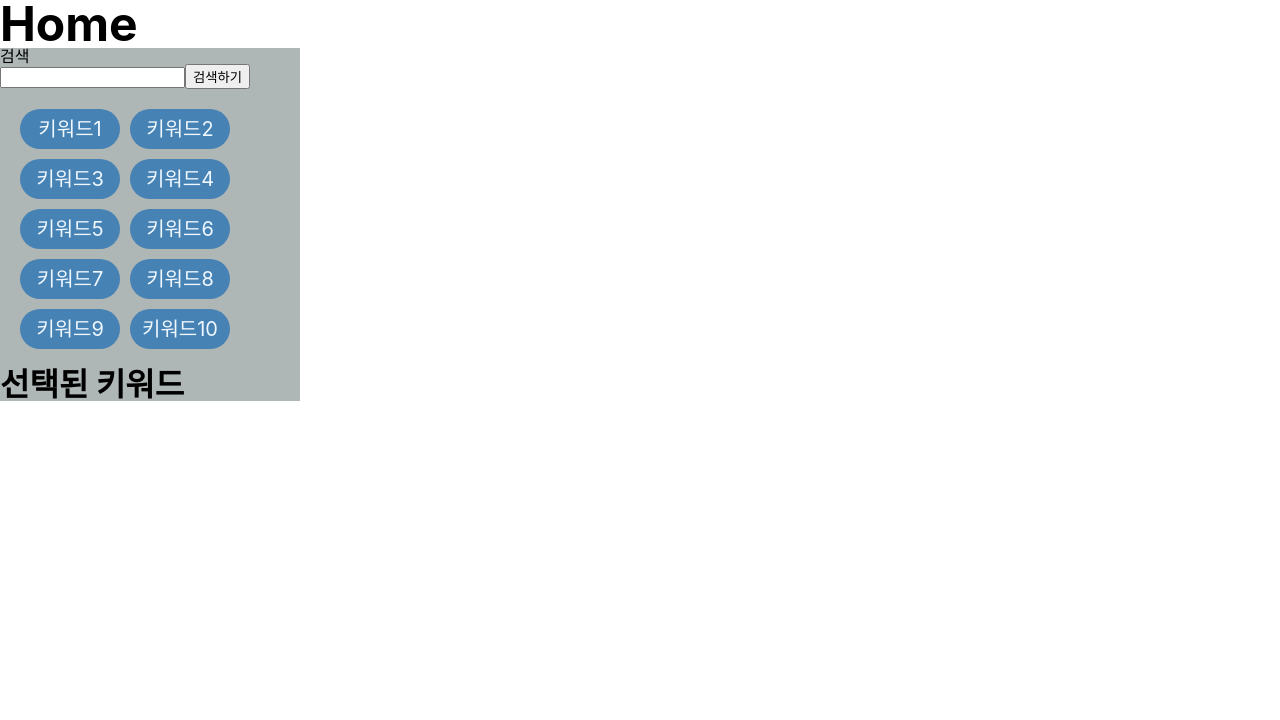
Repository: sunoo-lee/Star-Explore
Page: /
The author's editor kept a copy of each file at every save. The page is drawn from the files as they stood at one save, then again after the next save.
The browser window is 1280 px wide. The pictures show the whole page.
The project was rebuilt for these pictures with package versions that can differ from the ones it lists, and the page was loaded fresh each time.

Above is the page before, as saved 2022-10-14 04:35:55.

### src/index.js
import React from "react";
import ReactDOM from "react-dom/client";
import "./reset.css";
import "./Style.css";
import App from "./components/App";
// import reportWebVitals from "./reportWebVitals";

const root = ReactDOM.createRoot(document.getElementById("root"));
root.render(
  <React.StrictMode>
    <App />
  </React.StrictMode>
);

// reportWebVitals();

### src/Style.css
html,
body {
  height: 100%;
}

body {
  margin: 0;
  font-family: -apple-system, BlinkMacSystemFont, "Segoe UI", "Roboto", "Oxygen",
    "Ubuntu", "Cantarell", "Fira Sans", "Droid Sans", "Helvetica Neue",
    sans-serif;
  -webkit-font-smoothing: antialiased;
  -moz-osx-font-smoothing: grayscale;
}

code {
  font-family: source-code-pro, Menlo, Monaco, Consolas, "Courier New",
    monospace;
}
.nav {
  background-color: rgb(174, 182, 182);
  width: 300px;
  height: 100%;
}
h1 {
  font-size: 3rem;
  font-weight: 700;
}
.keyword {
  padding: 20px;
}
.keyword ul {
  display: grid;
  grid-template-columns: 100px 100px;
  gap: 10px;
}
.keyword ul li {
  cursor: pointer;
}
.keyword ul li span {
  display: inline-block;
  font-size: 20px;
  width: 100px;
  height: 40px;
  line-height: 40px;
  text-align: center;
  background-color: lightskyblue;
  border-radius: 25px;
}

.keyword ul li .off {
  background-color: steelblue;
  color: aliceblue;
}
h2 {
  font-size: 2rem;
  font-weight: 700;
}
.selected span {
  display: inline-block;
  font-size: 1.2rem;
  margin: 10px;
}

### src/components/App.js
import AppRouter from "./Router";

function App() {
  return (
    <>
      <AppRouter />
    </>
  );
}

export default App;

### src/components/Router.js
import { HashRouter as Router, Route, Routes } from "react-router-dom";
import Home from "../routes/Home";

const AppRouter = () => {
  return (
    <Router>
      <Routes>
        <Route exact path="/" element={<Home />} />
      </Routes>
    </Router>
  );
};

export default AppRouter;

### src/routes/Home.js
import React, { useState } from "react";

const Home = () => {
  const [select, setSelect] = useState([]);
  const onClick = (event) => {
    const keyword_btn = event.target;
    keyword_btn.className === "off"
      ? (keyword_btn.className = "on")
      : (keyword_btn.className = "off");

    const selected = event.target.innerText;
    if (keyword_btn.className === "on") {
      setSelect([...select, selected]);
    } else if (keyword_btn.className === "off") {
      setSelect(select.filter((key) => key !== selected));
    }
    console.log(select);
  };
  return (
    <div>
      <h1>Home</h1>
      <div className="nav">
        <form>
          <div>검색</div>
          <input type="text" />
          <button>검색하기</button>
        </form>
        <div className="keyword">
          <ul>
            <li>
              <span className="off" onClick={onClick}>
                키워드1
              </span>
            </li>
            <li>
              <span className="off" onClick={onClick}>
                키워드2
              </span>
            </li>
            <li>
              <span className="off" onClick={onClick}>
                키워드3
              </span>
            </li>
            <li>
              <span className="off" onClick={onClick}>
                키워드4
              </span>
            </li>
            <li>
              <span className="off" onClick={onClick}>
                키워드5
              </span>
            </li>
            <li>
              <span className="off" onClick={onClick}>
                키워드6
              </span>
            </li>
            <li>
              <span className="off" onClick={onClick}>
                키워드7
              </span>
            </li>
            <li>
              <span className="off" onClick={onClick}>
                키워드8
              </span>
            </li>
            <li>
              <span className="off" onClick={onClick}>
                키워드9
              </span>
            </li>
            <li>
              <span className="off" onClick={onClick}>
                키워드10
              </span>
            </li>
          </ul>
        </div>
        <h2>선택된 키워드</h2>
        <div className="selected">
          {select.map((key, index) => (
            <span key={index}>{key}</span>
          ))}
        </div>
      </div>
    </div>
  );
};

export default Home;

Loaded but not shown: public/index.html (common file); src/reset.css (common file)

After the next save:
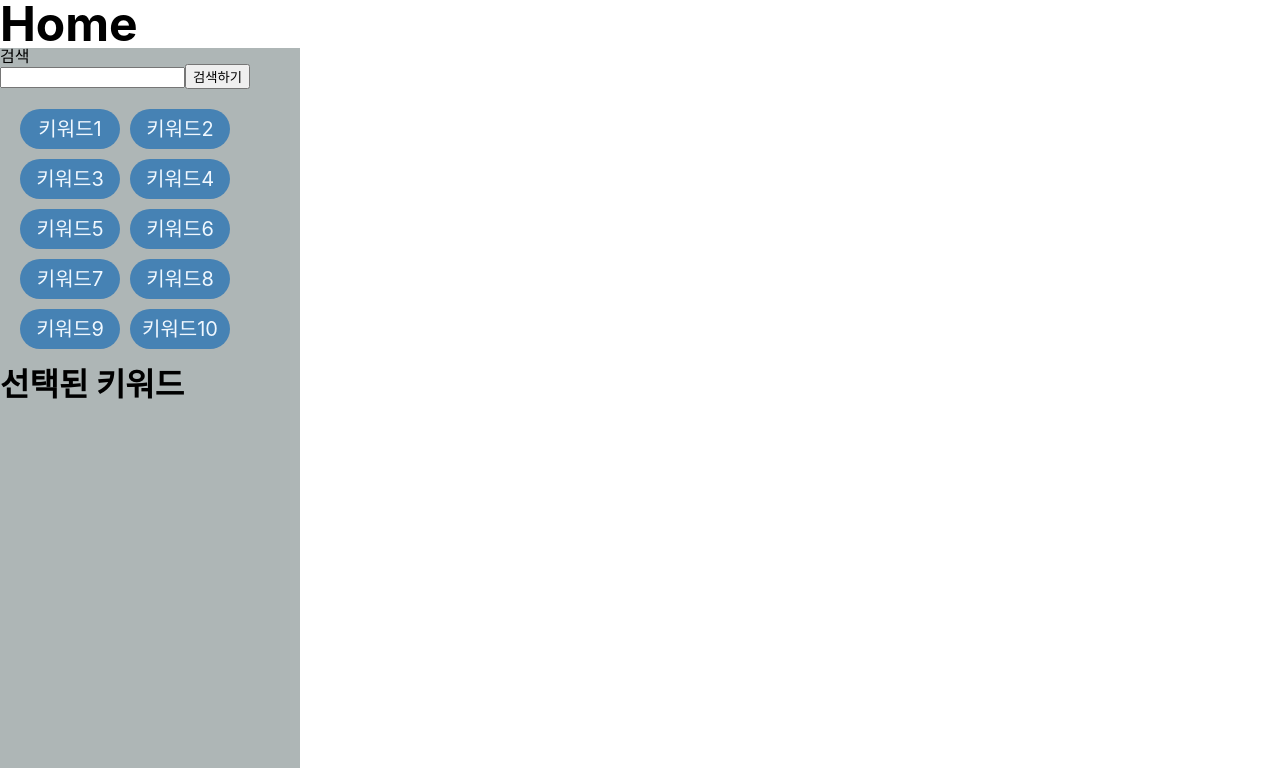
Saved 8 s later.
--- a/src/Style.css
+++ b/src/Style.css
@@ -19,7 +19,7 @@
 .nav {
   background-color: rgb(174, 182, 182);
   width: 300px;
-  height: 100%;
+  height: 100vh;
 }
 h1 {
   font-size: 3rem;

After the 2 saves that followed:
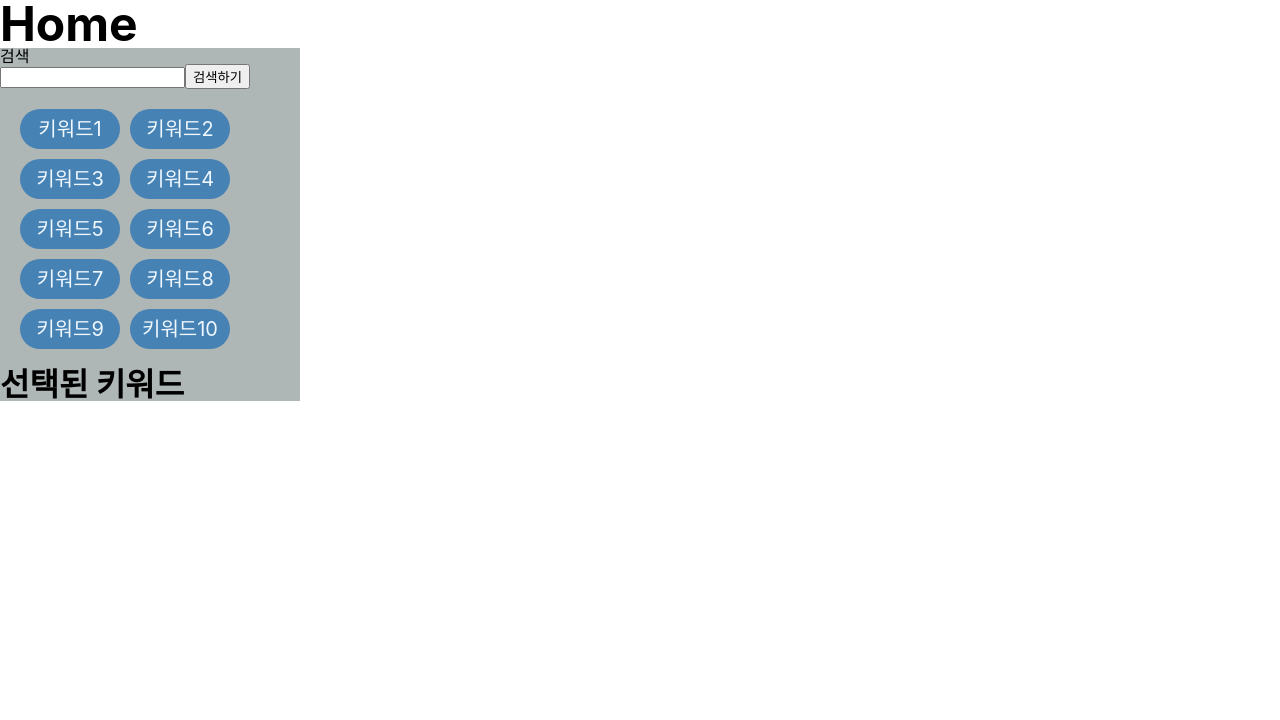
The 2 saves are shown as one change because 1 left the picture as it was.
The last was saved 60 s later.
--- a/src/Style.css
+++ b/src/Style.css
@@ -11,15 +11,14 @@
   -webkit-font-smoothing: antialiased;
   -moz-osx-font-smoothing: grayscale;
 }
+.container {
+  height: 100%;
+}
 
-code {
-  font-family: source-code-pro, Menlo, Monaco, Consolas, "Courier New",
-    monospace;
-}
 .nav {
   background-color: rgb(174, 182, 182);
   width: 300px;
-  height: 100vh;
+  height: 100%;
 }
 h1 {
   font-size: 3rem;
--- a/src/routes/Home.js
+++ b/src/routes/Home.js
@@ -17,7 +17,7 @@ const Home = () => {
     console.log(select);
   };
   return (
-    <div>
+    <div className="container">
       <h1>Home</h1>
       <div className="nav">
         <form>
